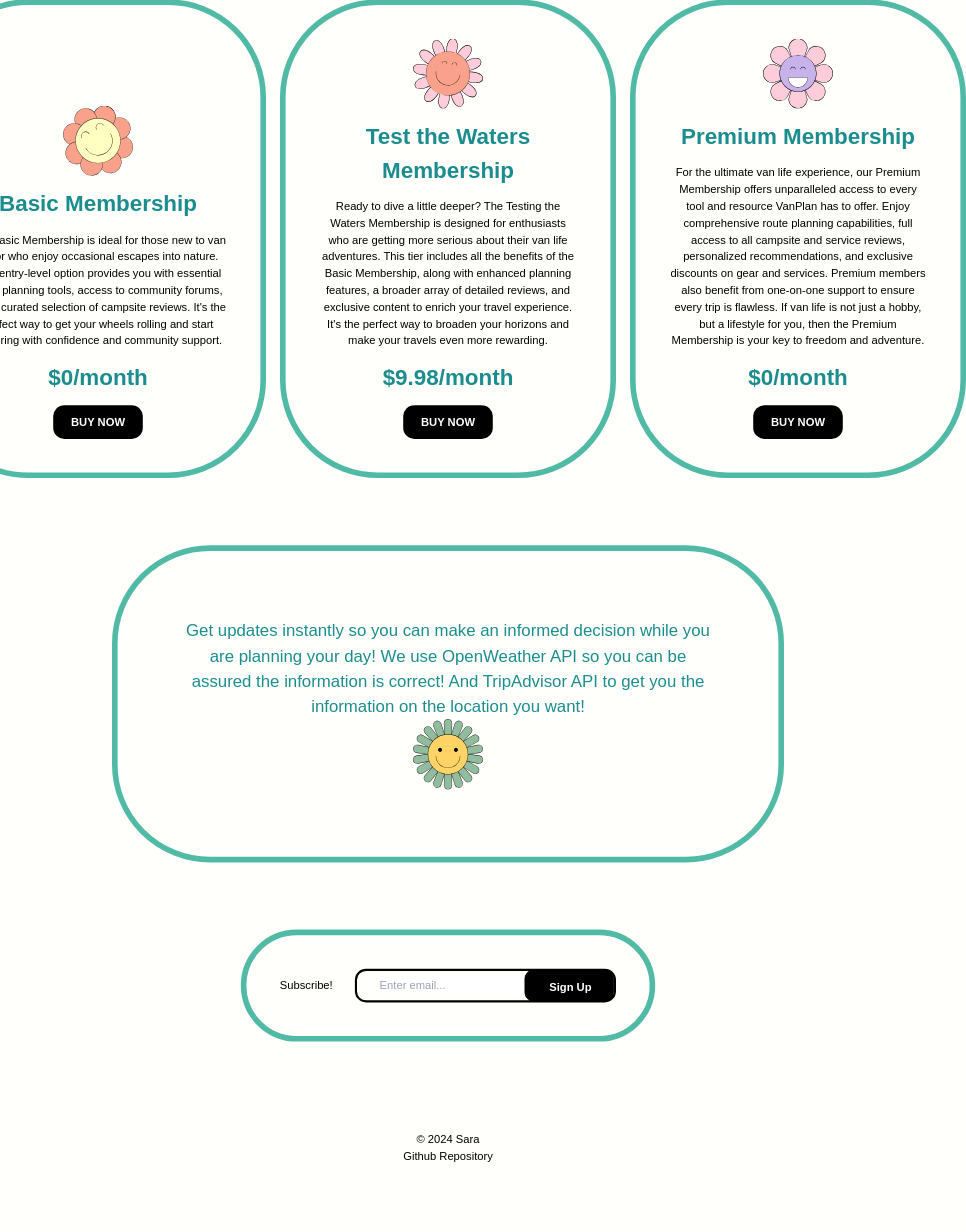
Repository: SaraShio/landing-page
Page: /
An editor plug-in stored every save of this project. The page is shown before and after a run of saves, followed by the edit.
The browser window is 1280 px wide. The page is 1380 px wide, so the pictures cover 1380 px, including what lies to the right of the window. The pictures show the part of the page from y = 860 to 2620 px (the page is 2620 px tall), at 70% of full size.
The project was rebuilt for these pictures with package versions that can differ from the ones it lists, and the page was loaded fresh each time. The framework's server and built-in components were replaced by stand-ins that run in the browser. Also part of the build but not shown: next.config.mjs.

Above is the page before, as saved 2024-03-08 22:31:15.

### src/pages/index.tsx
//import Spline from '@splinetool/react-spline';

import Image from "next/image";

import Header from "../../components/Header";
import Hero from "../../components/Hero";
import PriceCards from '../../components/PriceCards';
import SubBanner from "../../components/SubBanner";
import Subscribe from "../../components/Subscribe";
import Footer from "../../components/Footer";

export default function Home() {
  return (
    <main className={`flex min-h-screen flex-col items-center justify-between p-24`}>
      <Header />
      <Hero/>
      <PriceCards/>
      <SubBanner/>
      <Subscribe/>
      <Footer />
    </main>
  );
}

### src/styles/globals.css
@tailwind base;
@tailwind components;
@tailwind utilities;

@import url('https://fonts.googleapis.com/css2?family=Nunito:wght@400;600;700&display=swap');

:root {
 --black:#000000;
 --white: #FFFFFF;
 --light-gray: #fffffb;
 --gray: #B6B6B6;
 --teal: #26A8AB;
 --dark-teal: #1b8d8f;
 --mint: #51BAA7;
 --salmon: #DB7F73;
 --light-green: #DCDFCC;

 --card-padding: 3rem;
 --sub-banner-padding: 6rem;
}

body {
  font-family: 'Nunito', sans-serif;
  background-color: var(--light-gray);
}

### components/Header/index.tsx
import Image from "next/image";
import styles from "./Header.module.css";

export default function Header() {
  return (
    <>
      <div className={styles.header_container}>
        <div className={styles.logo_img}>
          <Image
            src="/images/green_logo.svg"
            alt="VanPlan Logo"
            width={400}
            height={400}
          />
        </div>

        <div className={styles.input_container}>
        <form>
            <input type="text" placeholder="Enter email...">

            </input>
        </form>
        <button className={styles.signup_button}>SIGN UP</button>
        </div>
      </div>
    </>
  );
}

### components/Hero/index.tsx
import { style } from "@mui/system";
import Image from "next/image";
import styles from "./Hero.module.css";

export default function Hero() {
  return (
    <>
      <div className={styles.hero_container}>
        <Image src="/images/test1.jpeg" alt="Test" width={600} height={600} />

        <div className={styles.info_container}>
          <h1 className={styles.title}>Welcome!</h1>
          <h1 className={styles.subtitle}>Plan your day in<br></br>Vancouver</h1>

          <button className={styles.download_button}>FREE DOWNLOAD</button>
        </div>
      </div>
    </>
  );
}

### components/PriceCards/index.tsx
import styles from './PriceCards.module.css';

import CardOne from "../CardOne";
import CardTwo from "../CardTwo";
import CardThree from "../CardThree";

export default function PriceCards() {
  return (
    <>
      <div className={styles.price_card_container}>
        <CardOne />
        <CardTwo />
        <CardThree />
      </div>
    </>
  );
}

### components/SubBanner/index.tsx
import Image from "next/image";
import styles from "./SubBanner.module.css";


export default function SubBanner() {
  return (
    <main className={styles.sub_banner_container}>

    <h1>Get updates instantly so you can make an informed decision while you are planning your day! We use OpenWeather API so you can be assured the information is correct! And TripAdvisor API to get you the information on the location you want!</h1>

    <Image src="/images/test5.svg" alt="Test" width={100} height={100} />


    </main>
  );
}

### components/Subscribe/index.tsx
import Image from "next/image";
import styles from "./Subscribe.module.css";

export default function Subscribe() {
  return (
    <main className={styles.subscribe_container}>
      <h1>Subscribe!</h1>

      <form className={styles.input_container}>
        <input type="text" placeholder="Enter email..."></input>
        <button className={styles.signup_button}>Sign Up</button>
      </form>

    </main>
  );
}

### components/Footer/index.tsx
import Image from 'next/image';
import styles from './Footer.module.css';

export default function Footer(){
    return (
        <>
            <footer className={styles.footer_container}>
                <p>&copy; {new Date().getFullYear()} Sara</p>
                <a href="https://github.com/Haydenleung/MDIA-3109-Final-Project.git" target="_blank" rel="noopener noreferrer">Github Repository</a>
            </footer>
        </>
    )
}

### components/Header/Header.module.css
.header_container{
    display: flex;
    justify-content: space-between;
    align-items: center;
    width: 100vw;
    padding-right: 4rem;
    padding-left: 4rem;
  }

  .signup_button{
    border: none;
    border-radius: 1rem;
    padding: 12px;
    width: 8rem;
    height: 3rem;
    background-color: var(--black);
    color: var(--white);
    font-weight: 800;
    cursor: pointer;
  }

  .input_container{
    display: flex;
    align-items: center;
    border: 3px solid var(--black);
    border-radius: 1rem;
    height: 3rem;
    padding-left: 2rem;
  }

  .input_container input {
    background: none;
    padding: 10px;
    outline: none;
}

### components/Hero/Hero.module.css
.hero_container {
    color: var(--salmon);
    padding: 120px;
    text-align: left;
    display: flex;
    flex-direction: row;
    align-items: center;
    justify-content: center;
    margin-top: 2rem;
    margin-bottom: 6rem;
}

.info_container{
padding-left: 1rem;
}

.title {
    font-size: 4rem;
    font-weight: bold;
    color: var(--dark-teal);
}

.subtitle {
    font-size: 2rem;
    padding-bottom: 2rem;
}

.download_button {
    border: none;
    border-radius: 1rem;
    padding: 12px;
    width: 16rem;
    height: 3rem;
    background-color: var(--black);
    color: var(--white);
    font-weight: 800;
    cursor: pointer;
    position: absolute;

  }

  .download_button:hover {
    background-color: var(--white);
    color: var(--dark-teal);
    border: 2px solid var(--dark-teal);
    width: 18rem;
    height: 3rem;
  }

### components/PriceCards/PriceCards.module.css
.price_card_container {
    display: flex;
    flex-direction: row;
    align-items: stretch;
    justify-content: space-around;
    gap: 20px;
  }

### components/CardOne/index.tsx
import Image from "next/image";
import styles from "./CardOne.module.css";

export default function CardOne() {
  return (
    <>
      <div className={styles.card_one_container}>
        <Image src="/images/test2.svg" alt="Test" width={100} height={100} />
        <h1>Basic Membership</h1>
        <p>
          Our Basic Membership is ideal for those new to van life or who enjoy
          occasional escapes into nature. This entry-level option provides you
          with essential route planning tools, access to community forums, and a
          curated selection of campsite reviews. It's the perfect way to get
          your wheels rolling and start exploring with confidence and community
          support.
        </p>

        <h1>$0/month</h1>

        <button className={styles.buy_button}>BUY NOW</button>
      </div>
    </>
  );
}

### components/CardTwo/index.tsx
import Image from "next/image";
import styles from "./CardTwo.module.css";

export default function CardTwo() {
  return (
    <>
      <div className={styles.card_two_container}>
      <Image src="/images/test3.svg" alt="Test" width={100} height={100} />
      <h1>Test the Waters Membership</h1>
      <p>Ready to dive a little deeper? The Testing the Waters Membership is designed for enthusiasts who are getting more serious about their van life adventures. This tier includes all the benefits of the Basic Membership, along with enhanced planning features, a broader array of detailed reviews, and exclusive content to enrich your travel experience. It's the perfect way to broaden your horizons and make your travels even more rewarding.</p>

      <h1>$9.98/month</h1>

      <button className={styles.buy_button}>BUY NOW</button>
      </div>
    </>
  );
}

### components/CardThree/index.tsx
import Image from "next/image";
import styles from "./CardThree.module.css";

export default function CardThree() {
  return (
    <>
      <div className={styles.card_three_container}>
        <Image src="/images/test4.svg" alt="Test" width={100} height={100} />
        <h1>Premium Membership</h1>
        <p>
          For the ultimate van life experience, our Premium Membership offers
          unparalleled access to every tool and resource VanPlan has to offer.
          Enjoy comprehensive route planning capabilities, full access to all
          campsite and service reviews, personalized recommendations, and
          exclusive discounts on gear and services. Premium members also benefit
          from one-on-one support to ensure every trip is flawless. If van life
          is not just a hobby, but a lifestyle for you, then the Premium
          Membership is your key to freedom and adventure.
        </p>

        <h1>$0/month</h1>

        <button className={styles.buy_button}>BUY NOW</button>
      </div>
    </>
  );
}

### components/SubBanner/SubBanner.module.css
.sub_banner_container{
    border: 8px solid var(--mint);
    border-radius: 140px;
    background-color: var(--light-gray);
    padding: var(--sub-banner-padding);
    width: 60rem;
    display: flex;
    flex-direction: column;
    justify-content: center;
    align-items: center;
    text-align: center;
    font-size: 1.5rem;
    color: var(--dark-teal);
    margin-top: 6rem;
    margin-bottom: 6rem;
}

### components/Subscribe/Subscribe.module.css
.subscribe_container{
    display: flex;
    flex-direction: row;
    align-items: center;
    border: 8px solid var(--mint);
    border-radius: 80px;
    padding: var(--card-padding);
}

.signup_button{
    border: 3px solid var(--black);
    border-right: none;
    border-radius: 1rem;
    padding: 12px;
    width: 8rem;
    height: 3rem;
    background-color: var(--black);
    color: var(--white);
    font-weight: 600;
  }

  .input_container{
    display: flex;
    align-items: center;
    border: 3px solid var(--black);
    border-radius: 1rem;
    height: 3rem;
    padding-left: 2rem;
    margin-left: 2rem;
  }

### components/Footer/Footer.module.css
.footer_container {
    display: flex;
    flex-direction: column;
    justify-content: center;
    align-items: center;
    width: 100vw;
    padding-top: 8rem;
}

### components/CardOne/CardOne.module.css
.card_one_container {
    border: 8px solid var(--mint);
    border-radius: 140px;
    padding: var(--card-padding);
    background-color: var(--light-gray);
    width: 30rem;
    display: flex;
    flex-direction: column;
    justify-content: end;
    align-items: center;
    text-align: center;
  }

  .card_one_container > h1 {
    font-size: 2rem;
    color: var(--dark-teal);
    font-weight: bold;
    margin-top: 1rem;
    margin-bottom: 1rem;
    text-align: center;
  }

  .buy_button {
    border: none;
    border-radius: 1rem;
    padding: 12px;
    width: 8rem;
    height: 3rem;
    background-color: var(--black);
    color: var(--white);
    font-weight: 800;
    cursor: pointer;
  }

  .buy_button:hover {
    background-color: var(--white);
    color: var(--dark-teal);
    border: 2px solid var(--dark-teal);
    width: 10rem;
    height: 3rem;
  }

### components/CardTwo/CardTwo.module.css
.card_two_container {
  border: 8px solid var(--mint);
  border-radius: 140px;
  padding: var(--card-padding);
  background-color: var(--light-gray);
  width: 30rem;
  display: flex;
  flex-direction: column;
  justify-content: center;
  align-items: center;
  text-align: center;
}

.card_two_container > h1 {
  font-size: 2rem;
  color: var(--dark-teal);
  font-weight: bold;
  margin-top: 1rem;
  margin-bottom: 1rem;
  text-align: center;
}

.buy_button {
  border: none;
  border-radius: 1rem;
  padding: 12px;
  width: 8rem;
  height: 3rem;
  background-color: var(--black);
  color: var(--white);
  font-weight: 800;
  cursor: pointer;
}

.buy_button:hover {
  background-color: var(--white);
  color: var(--dark-teal);
  border: 2px solid var(--dark-teal);
  width: 10rem;
  height: 3rem;
}

### components/CardThree/CardThree.module.css
.card_three_container {
  border: 8px solid var(--mint);
  border-radius: 140px;
  background-color: var(--light-gray);
  padding: var(--card-padding);
  width: 30rem;
  display: flex;
  flex-direction: column;
  justify-content: center;
  align-items: center;
  text-align: center;
}

.card_three_container > h1 {
  font-size: 2rem;
  color: var(--dark-teal);
  font-weight: bold;
  margin-top: 1rem;
  margin-bottom: 1rem;
  text-align: center;
}

.buy_button {
  border: none;
  border-radius: 1rem;
  padding: 12px;
  width: 8rem;
  height: 3rem;
  background-color: var(--black);
  color: var(--white);
  font-weight: 800;
  cursor: pointer;
}

.buy_button:hover {
  background-color: var(--white);
  color: var(--dark-teal);
  border: 2px solid var(--dark-teal);
  width: 10rem;
  height: 3rem;
}

Loaded but not shown: src/pages/_app.tsx (common file); src/pages/_document.tsx (common file); tailwind.config.ts (common file)

After the next 3 saves:
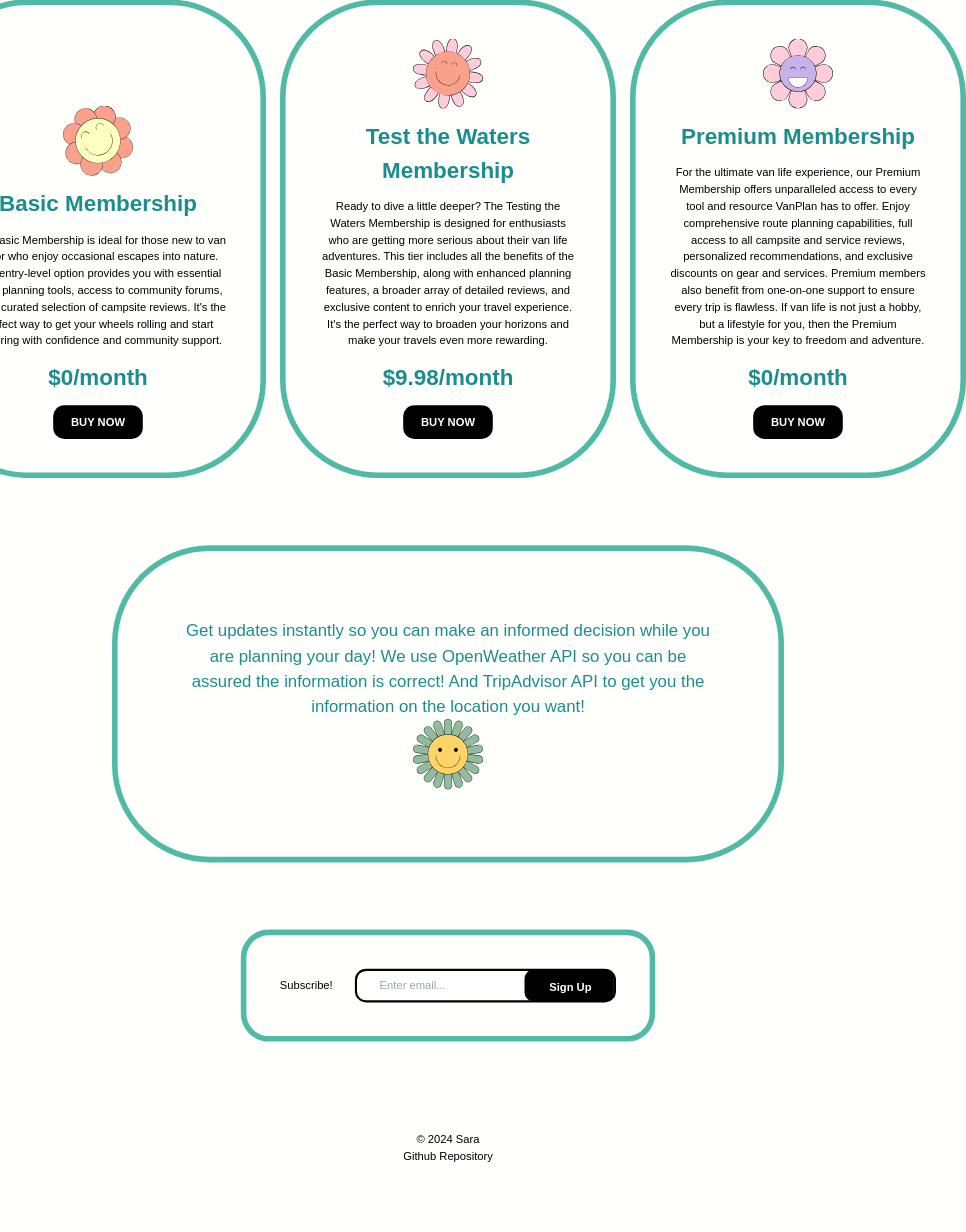
The 3 saves are shown as one change because they came seconds apart.
The last was saved 15 s later.
--- a/components/Subscribe/Subscribe.module.css
+++ b/components/Subscribe/Subscribe.module.css
@@ -3,7 +3,7 @@
     flex-direction: row;
     align-items: center;
     border: 8px solid var(--mint);
-    border-radius: 80px;
+    border-radius: 40px;
     padding: var(--card-padding);
 }
 
